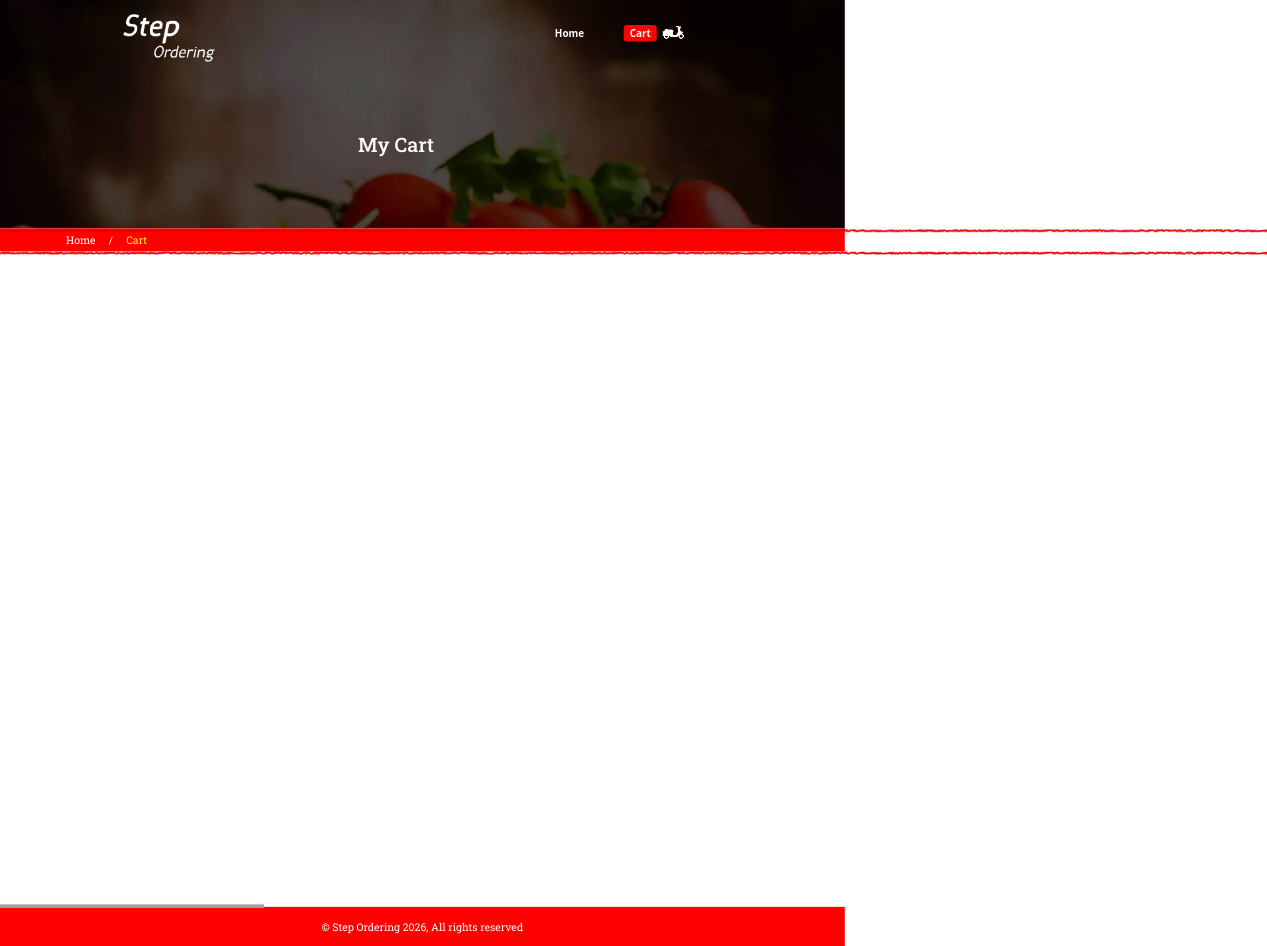
Repository: anastasia29-step/OnlineRestaurant
Page: Cart.html
An editor plug-in stored every save of this project. The page is shown before and after a run of saves, followed by the edit.
The browser window is 1280 px wide. The page is 1920 px wide, so the pictures cover 1920 px, including what lies to the right of the window. The pictures show the whole page, at 66% of full size.
Pictures or frames that could not be fetched are drawn as grey boxes. Some web libraries are served in a nearby version.

Above is the page before, as saved 2026-03-11 20:39:31.

After the next 2 saves:
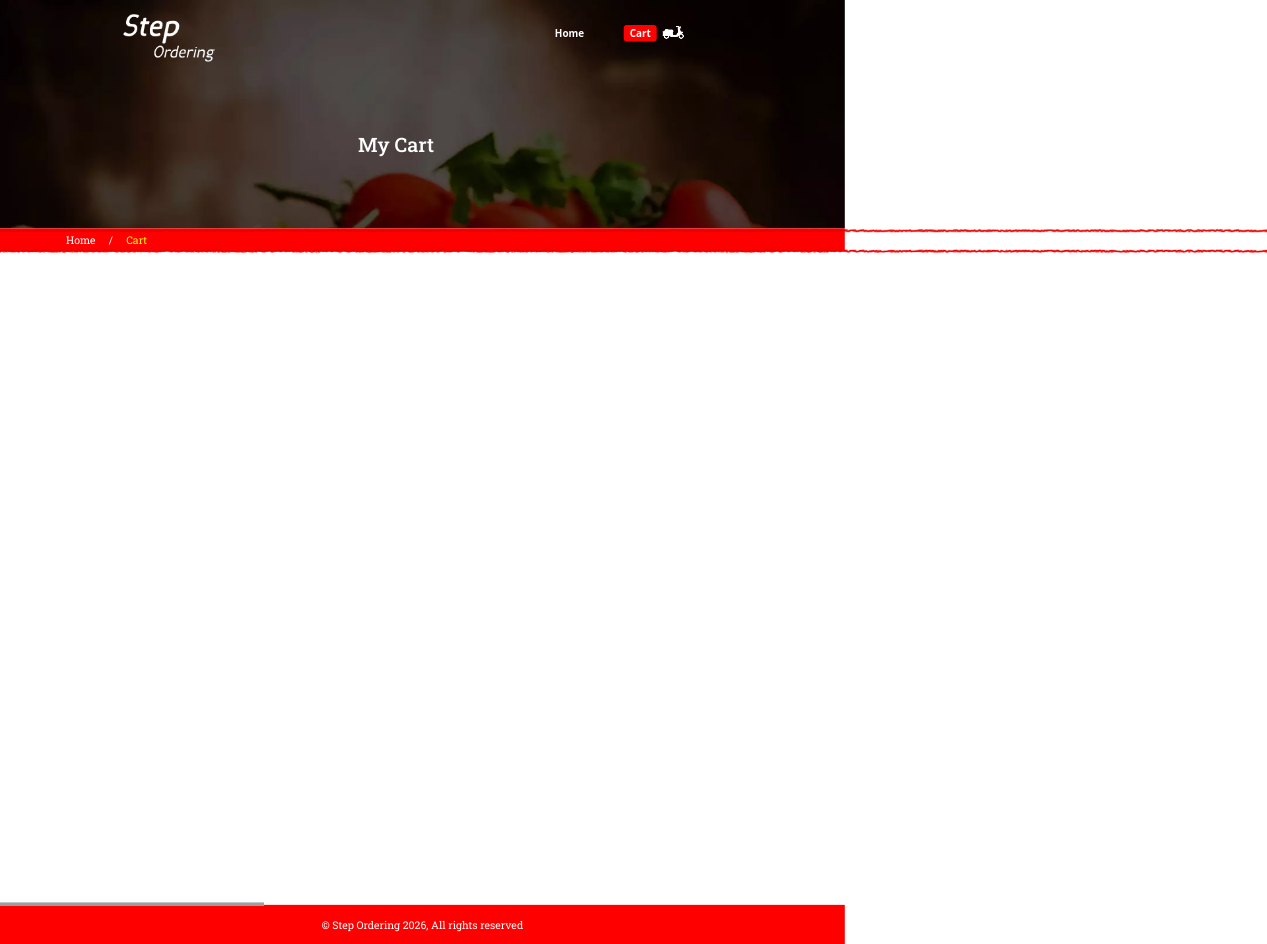
The 2 saves are shown as one change because they came seconds apart.
The last was saved 26 s later.
--- a/cart.css
+++ b/cart.css
@@ -36,5 +36,5 @@
     width: 100%;
     height: 5px;
     margin-bottom: 1000px;
-    margin-top: -12px;
+    margin-top: -15px;
 }
